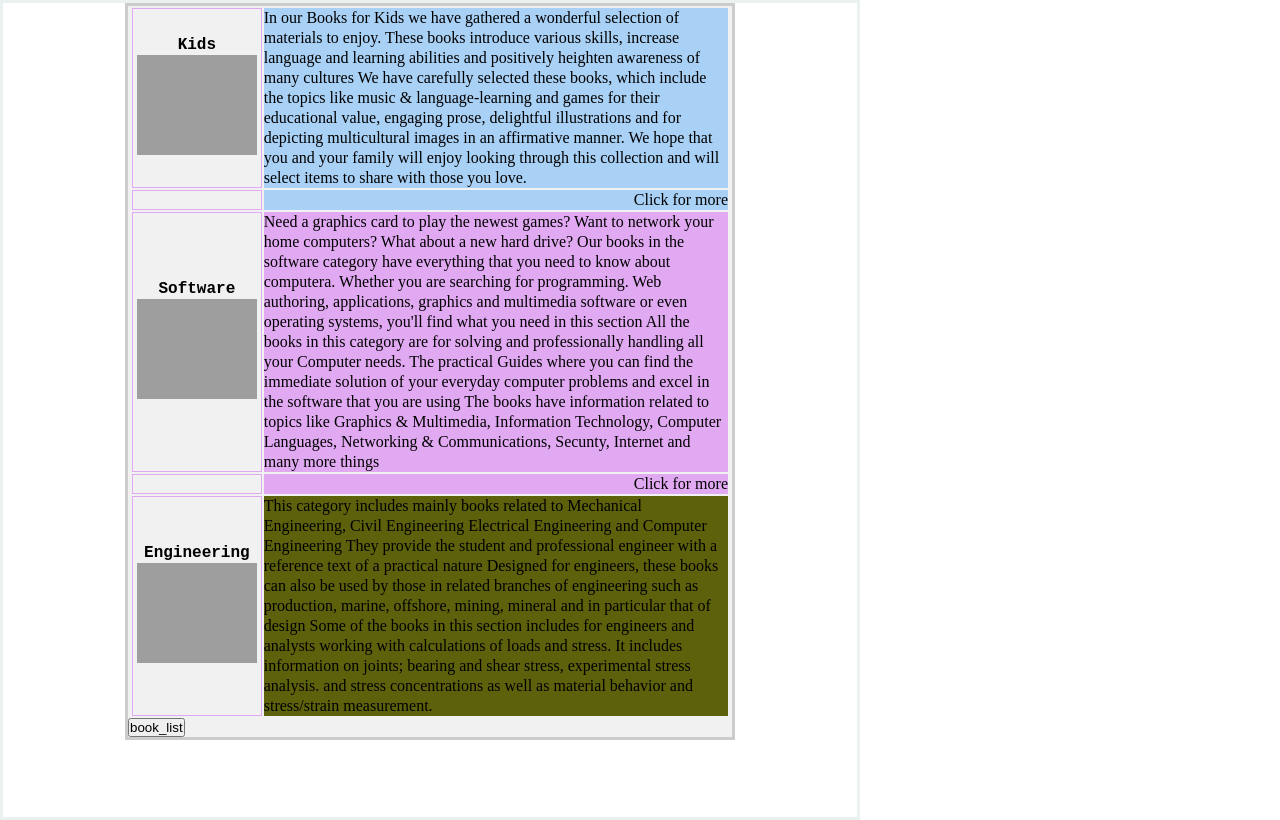
Repository: Helianthusss/Learn-CPP
Page: HTML/lap2/bai4/bai4.html
The author's editor kept a copy of each file at every save. The page is drawn from the files as they stood at one save, then again after the next save.
The browser window is 1280 px wide. The pictures show the whole page.
Pictures or frames that could not be fetched are drawn as grey boxes.

Above is the page before, as saved 2021-10-10 08:25:30.

After the next save:
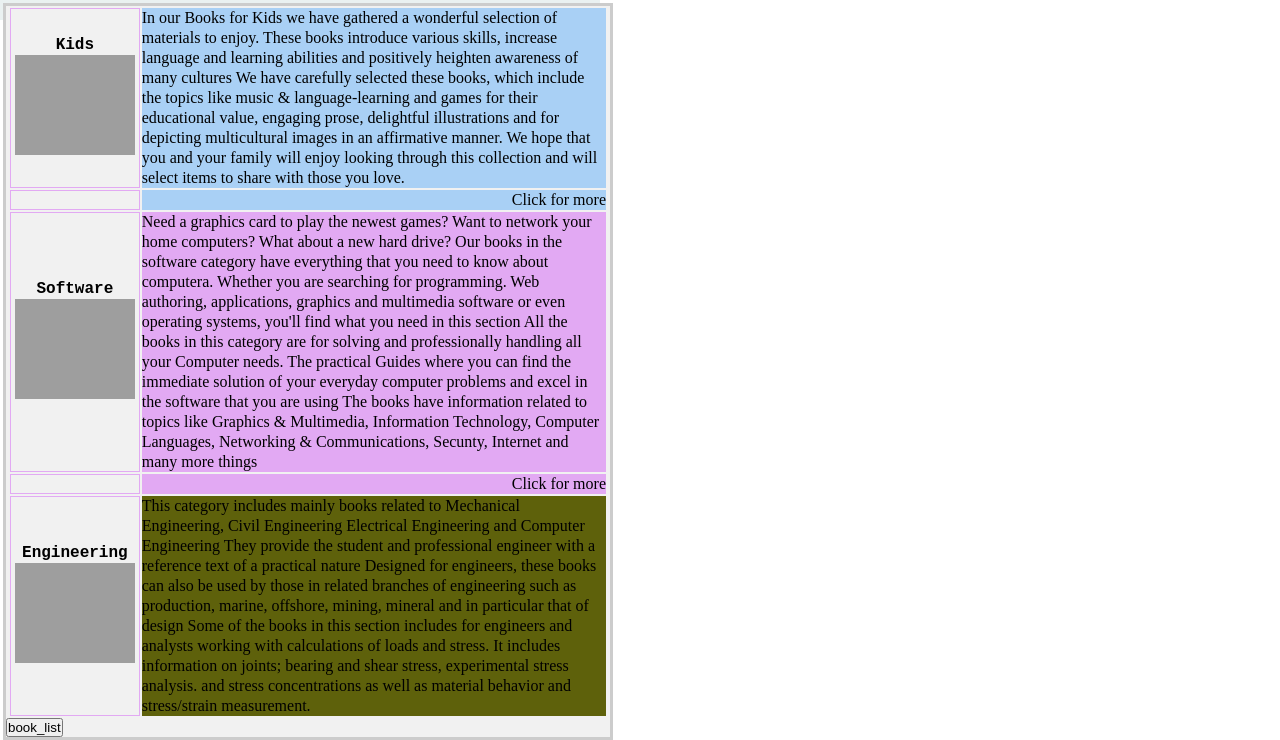
Saved 34 s later.
--- a/HTML/lap2/bai4/bai4.css
+++ b/HTML/lap2/bai4/bai4.css
@@ -5,8 +5,8 @@
 }
 body {
   border: 3px solid #eaf1f1;
-  width: 860px;
-  height: 820px;
+  width: 600px;
+  height: 20px;
   overflow-x: scroll;
   overflow-y: scroll;
 }
